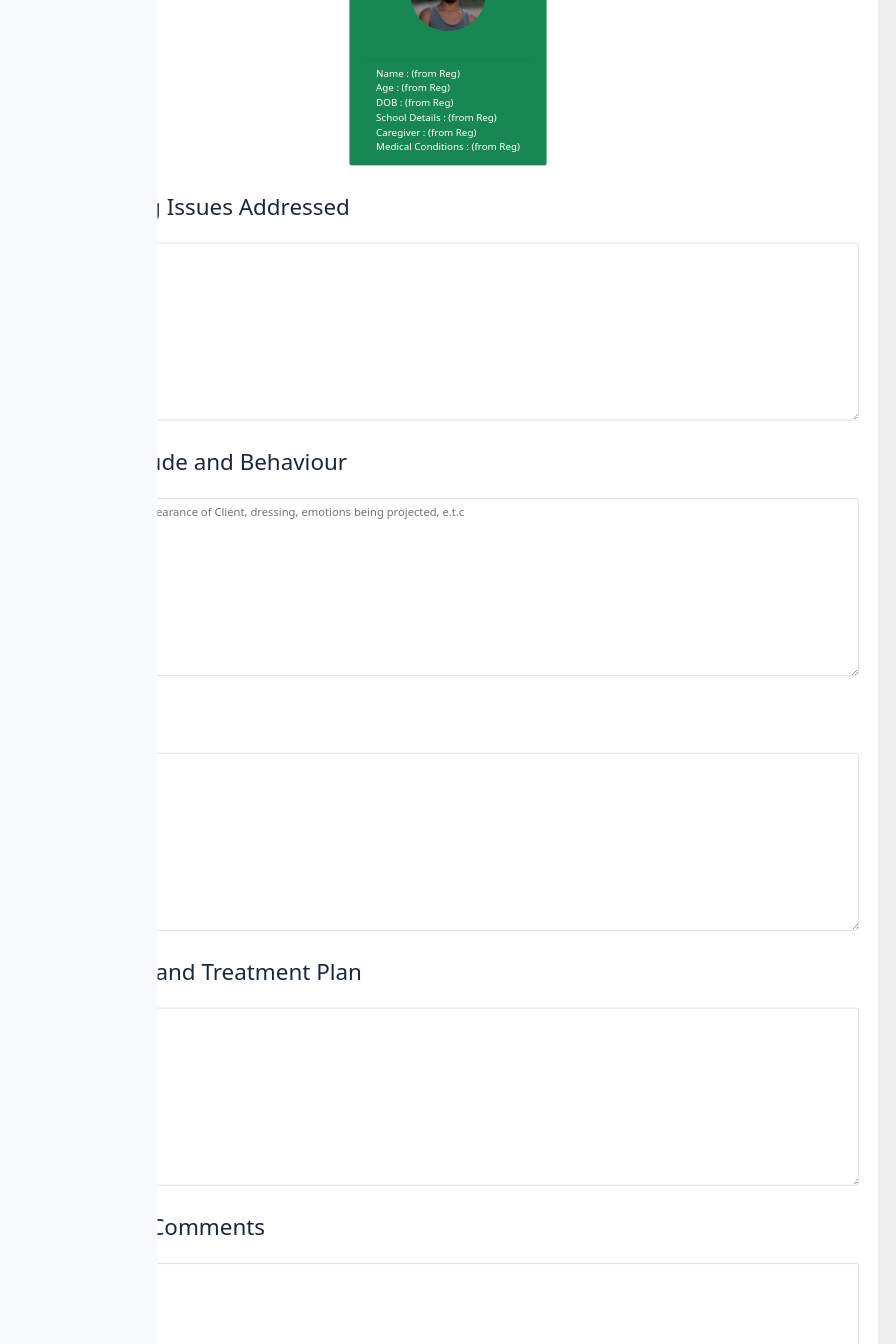
Repository: SRFtech/mis-designs
Page: counselling.html
The author's editor kept a copy of each file at every save. The page is drawn from the files as they stood at one save, then again after a run of saves.
The browser window is 1280 px wide. The pictures show the part of the page from y = 562 to 2482 px (the page is 2967 px tall before and 3053 px after), at 70% of full size.

Above is the page before, as saved 2022-04-10 22:20:38.

After the next 2 saves:
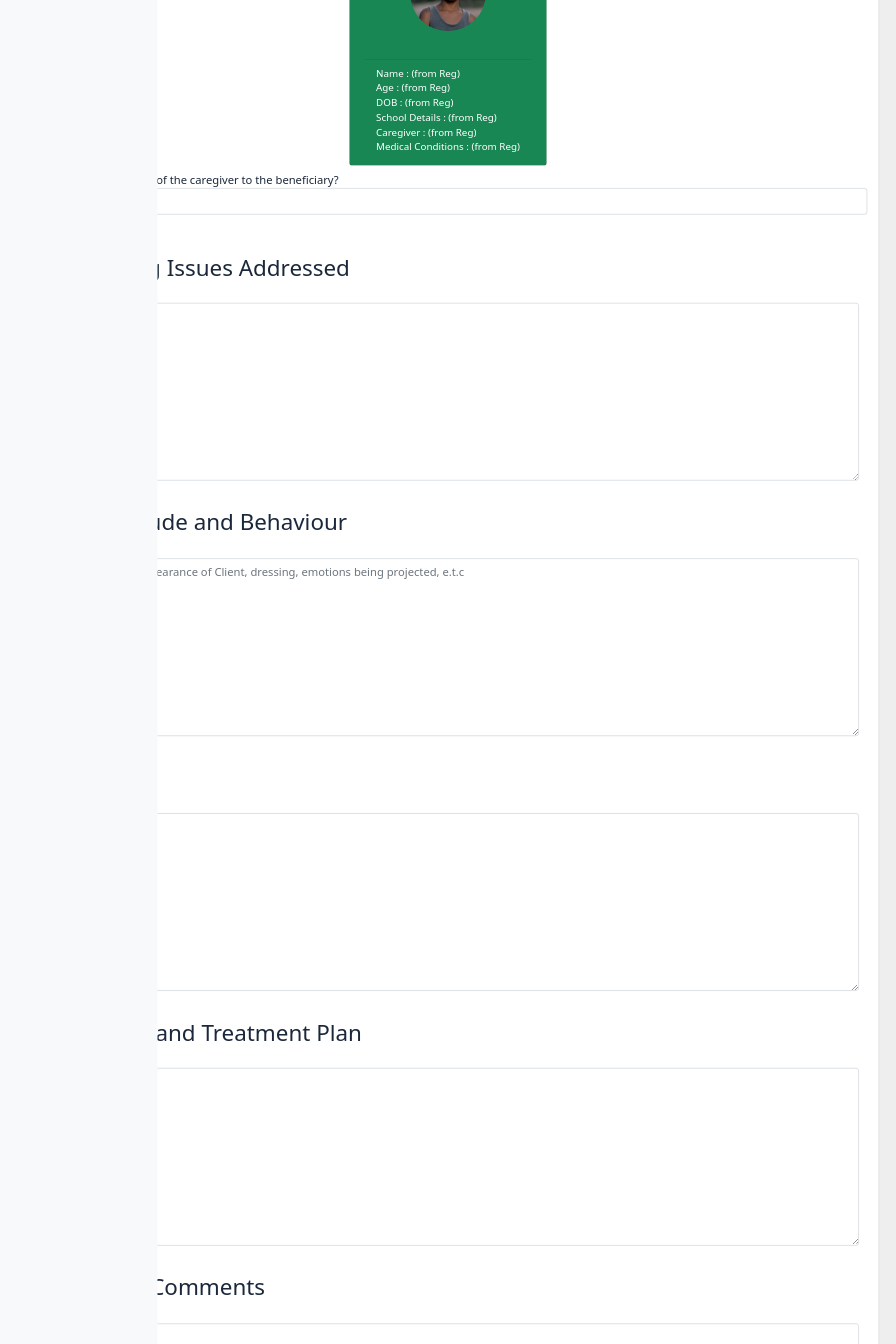
The 2 saves are shown as one change because they came seconds apart.
The last was saved 5 s later.
--- a/counselling.html
+++ b/counselling.html
@@ -192,6 +192,15 @@
                                                                     </div>
                                                                 </div>
                                                             </div>
+                                                            <div class="form-group pb-4">
+                                                                <label for="formControlSelect2">What is the relationship of the caregiver to the
+                                                                    beneficiary?</label>
+                                                                <select class="form-control" id="formControlSelect2">
+                                                                    <option>Father</option>
+                                                                    <option>Mother</option>
+                                                                    <option>Guardian</option>
+                                                                </select>
+                                                            </div>
                                                     <div class="row pb-2 pt-2">
                                                         <h2 class="mt-4">Counselling Issues Addressed</h2>
                                                         <div class="form-group">
